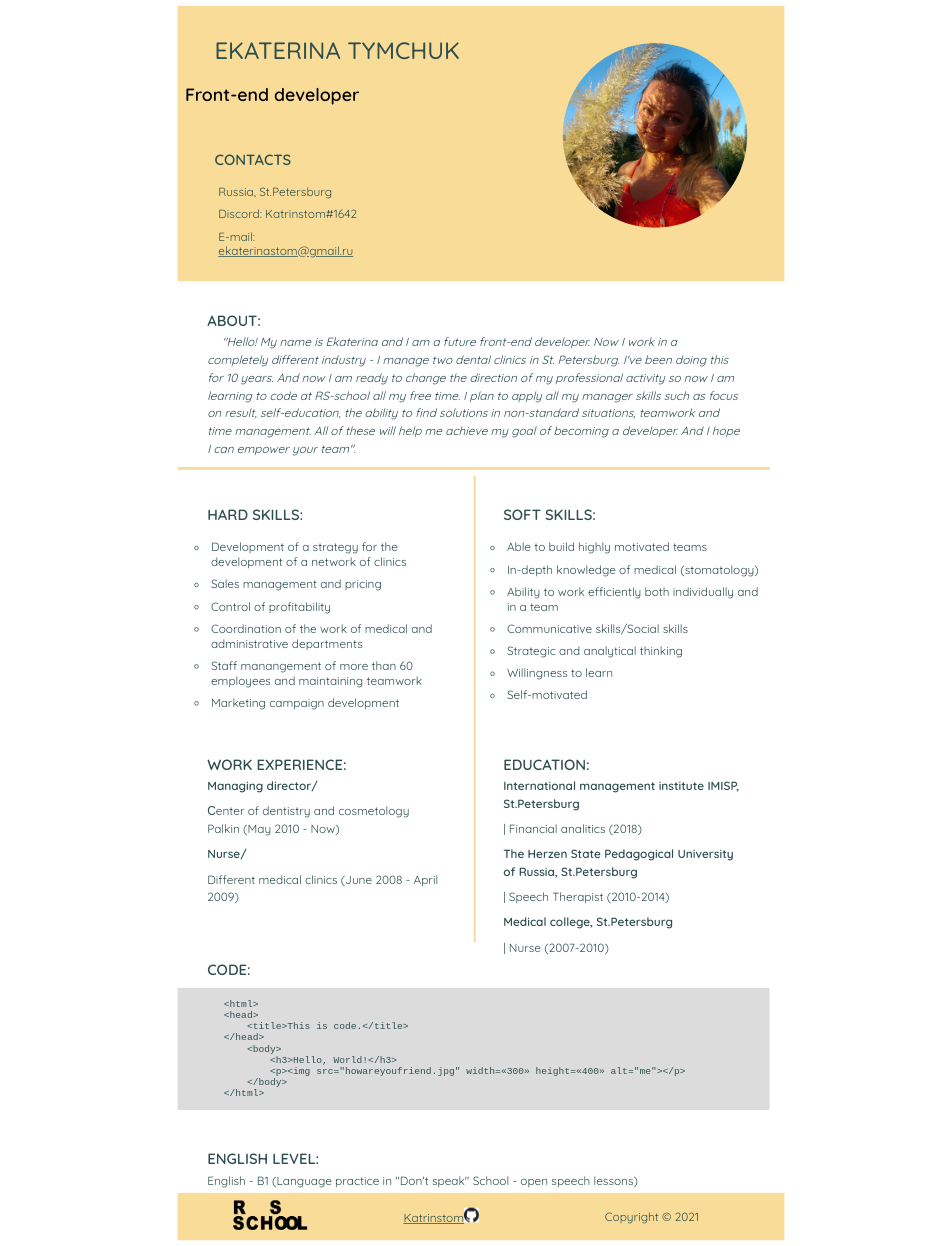
Repository: Katrinstom/rsschool-cv
Page: index.html
An editor plug-in stored every save of this project. The page is shown before and after the next save, followed by the edit.
The browser window is 1280 px wide. The pictures show the whole page, at 74% of full size.

Above is the page before, as saved 2022-01-02 18:27:23.

After the next save:
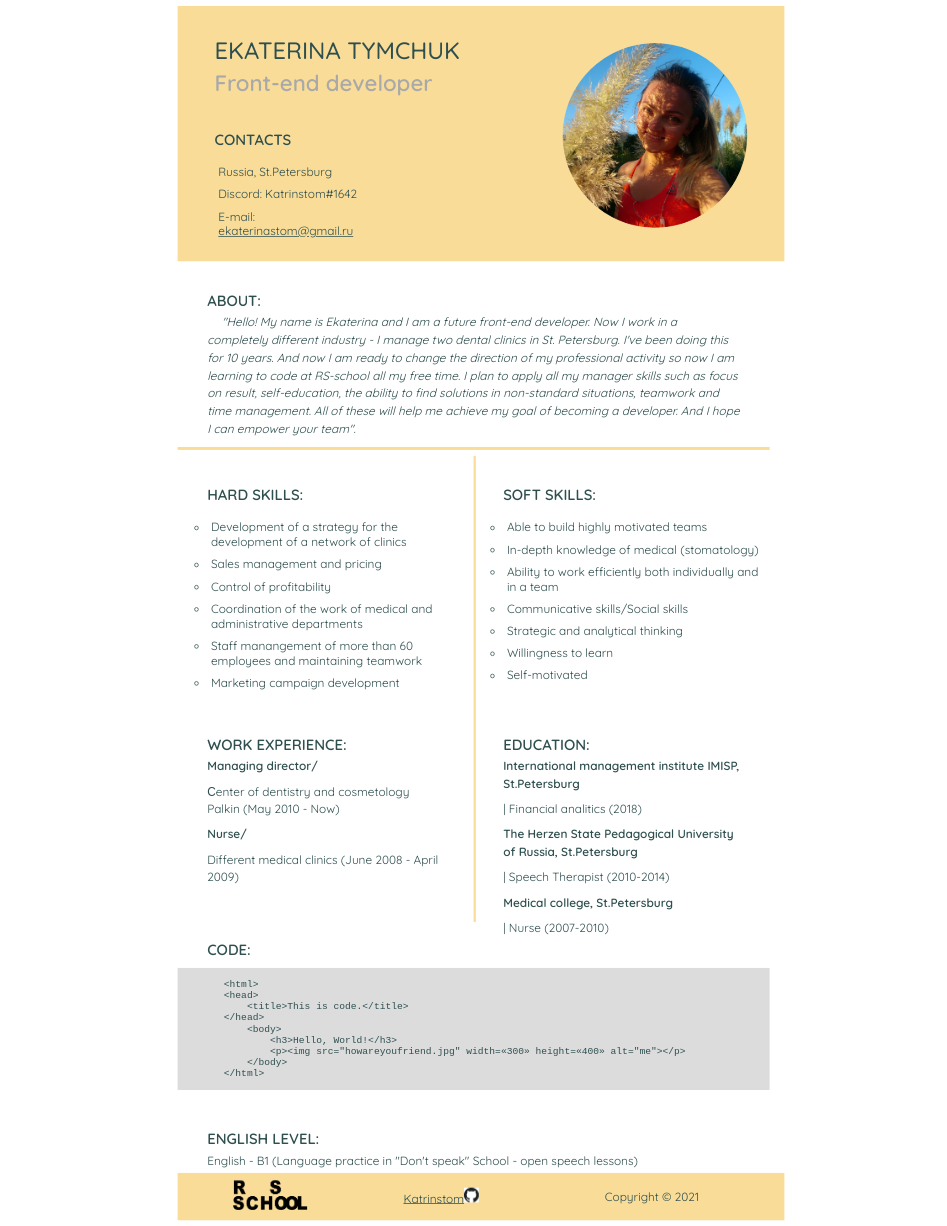
Saved 39 s later.
--- a/style.css
+++ b/style.css
@@ -22,6 +22,14 @@ h1 {
   text-transform: uppercase;
   color:darkslategray;
   margin: 0;
+}
+h2 {
+    padding: 0px 40px 5px;
+    text-align: left;
+    font-family:'Quicksand', sans-serif;
+    font-size: 30px;
+    color:darkgrey;
+    margin: 0;
 }
 h3 {
     padding: 0px 40px 5px;
